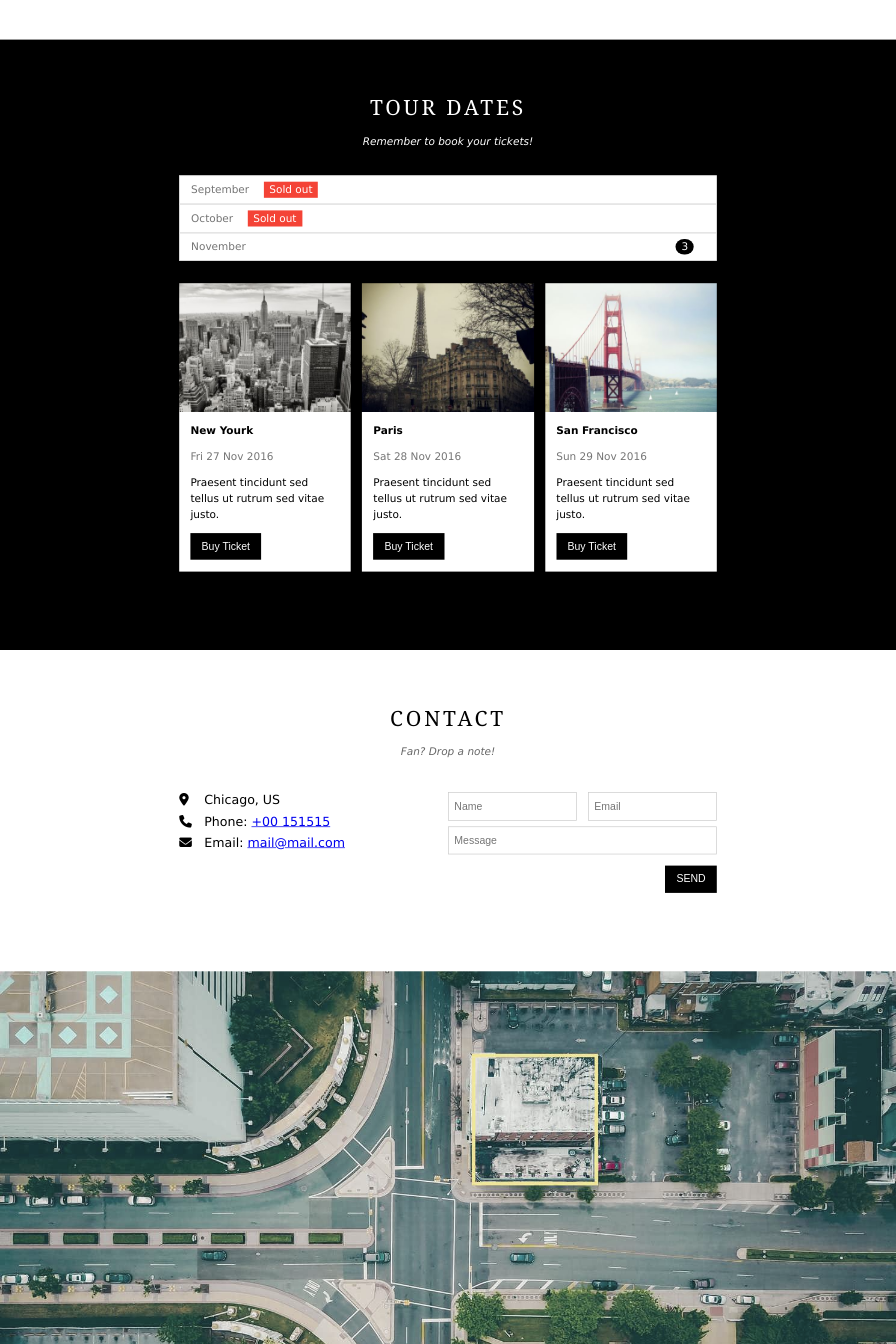
Repository: tam1512/The-Band
Page: index.html
An editor plug-in stored every save of this project. The page is shown before and after the next save, followed by the edit.
The browser window is 1280 px wide. The pictures show the part of the page from y = 1332 to 3252 px (the page is 3644 px tall before and 3641 px after), at 70% of full size.
Some web libraries are served in a nearby version.

Above is the page before, as saved 2022-07-28 10:11:51.

After the next save:
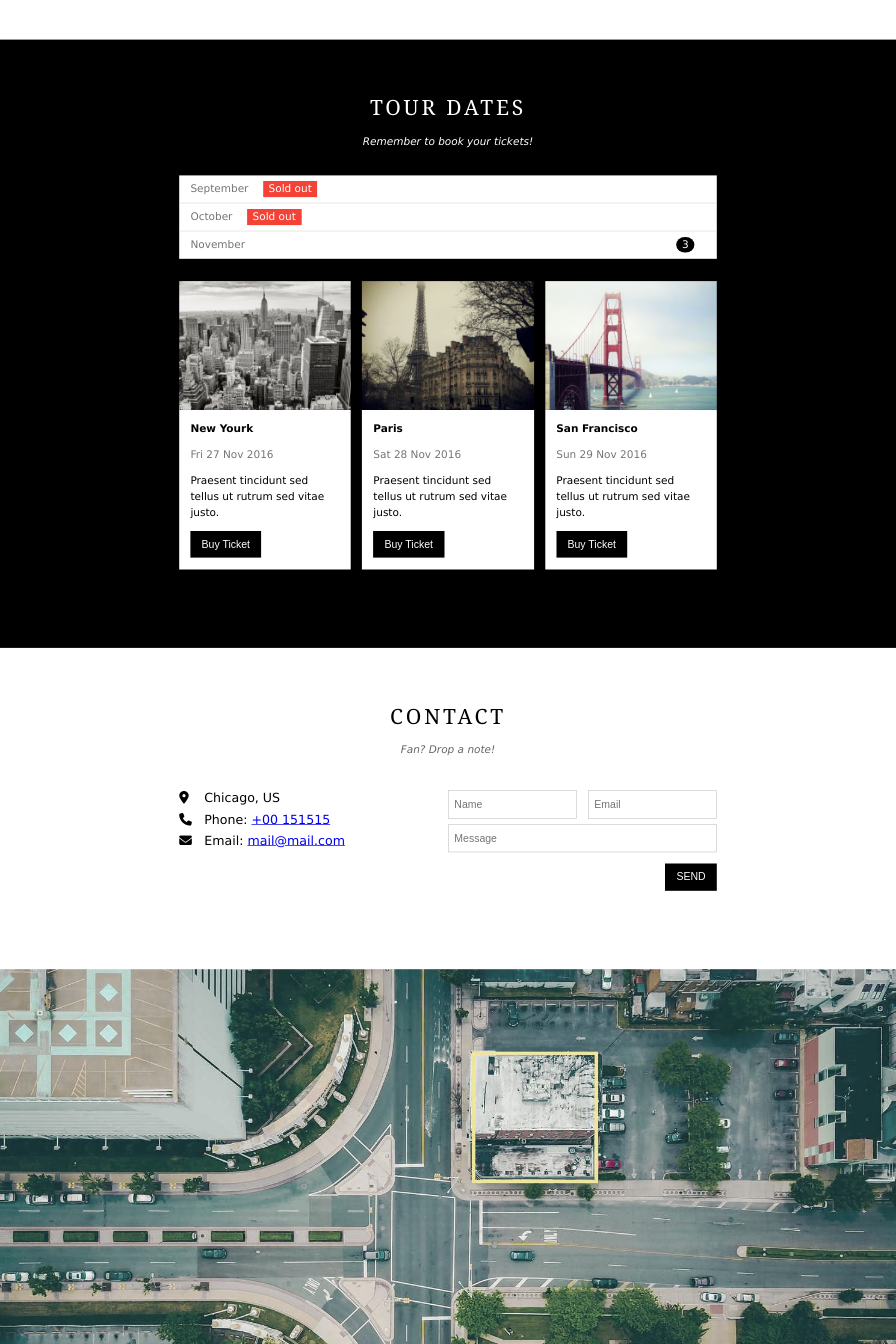
Saved 2 min 26 s later.
--- a/assets/css/style.css
+++ b/assets/css/style.css
@@ -159,7 +159,7 @@
 }
 
 .boder-bottom {
-  border: 1px solid #ddd;
+  border-bottom: 1px solid #ddd;
 }
 
 .btn {
